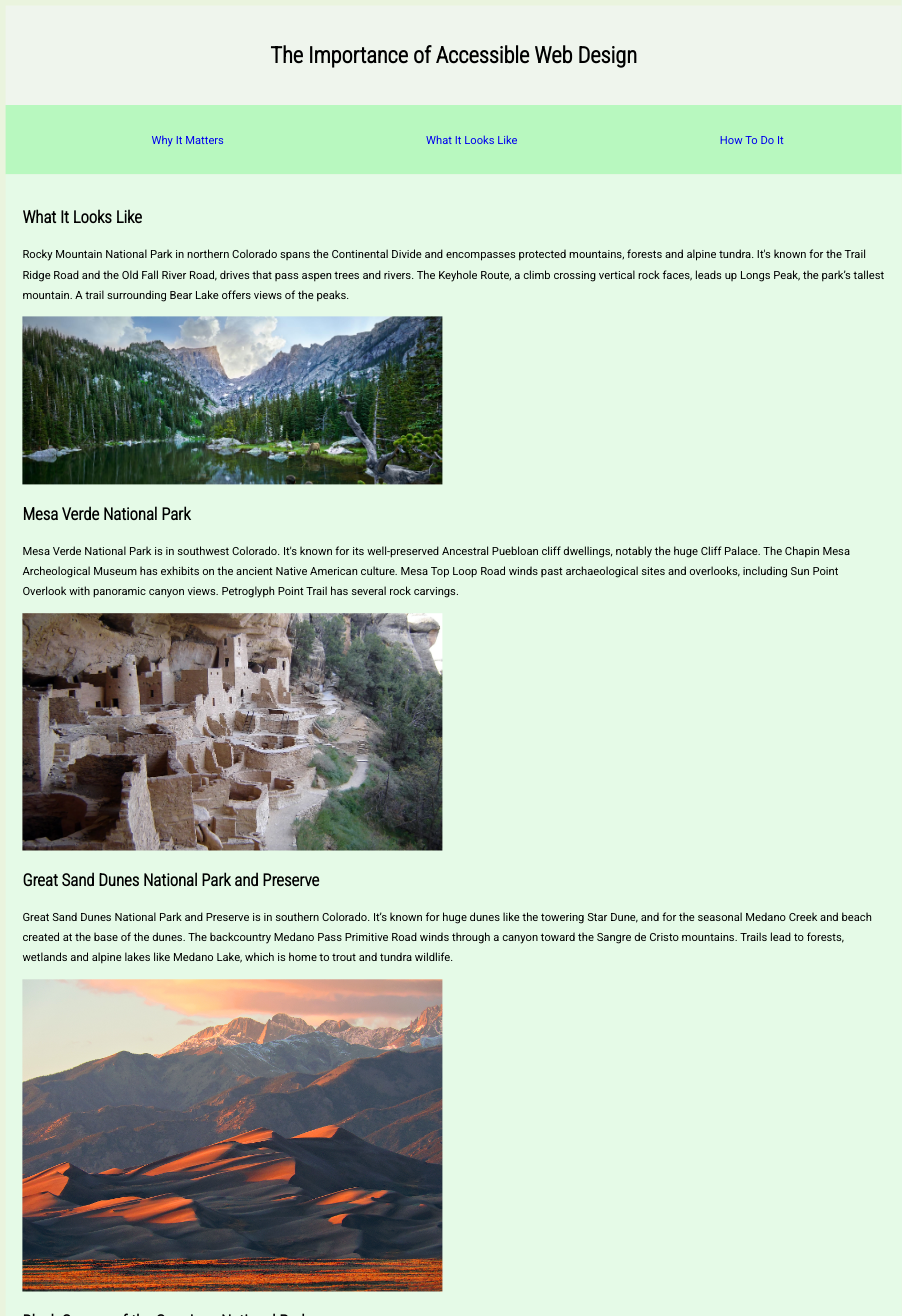
Repository: ethan-schrauf/UniversalDesignWebsite
Page: Final-Project/what.html
The author's editor kept a copy of each file at every save. The page is drawn from the files as they stood at one save, then again after the next save.
The browser window is 1280 px wide. The page is 1288 px wide, so the pictures cover 1288 px, including what lies to the right of the window. The pictures show the part of the page from y = 0 to 1880 px (the page is 3869 px tall before and 3865 px after), at 70% of full size.

Above is the page before, as saved 2023-11-24 17:24:35.

After the next save:
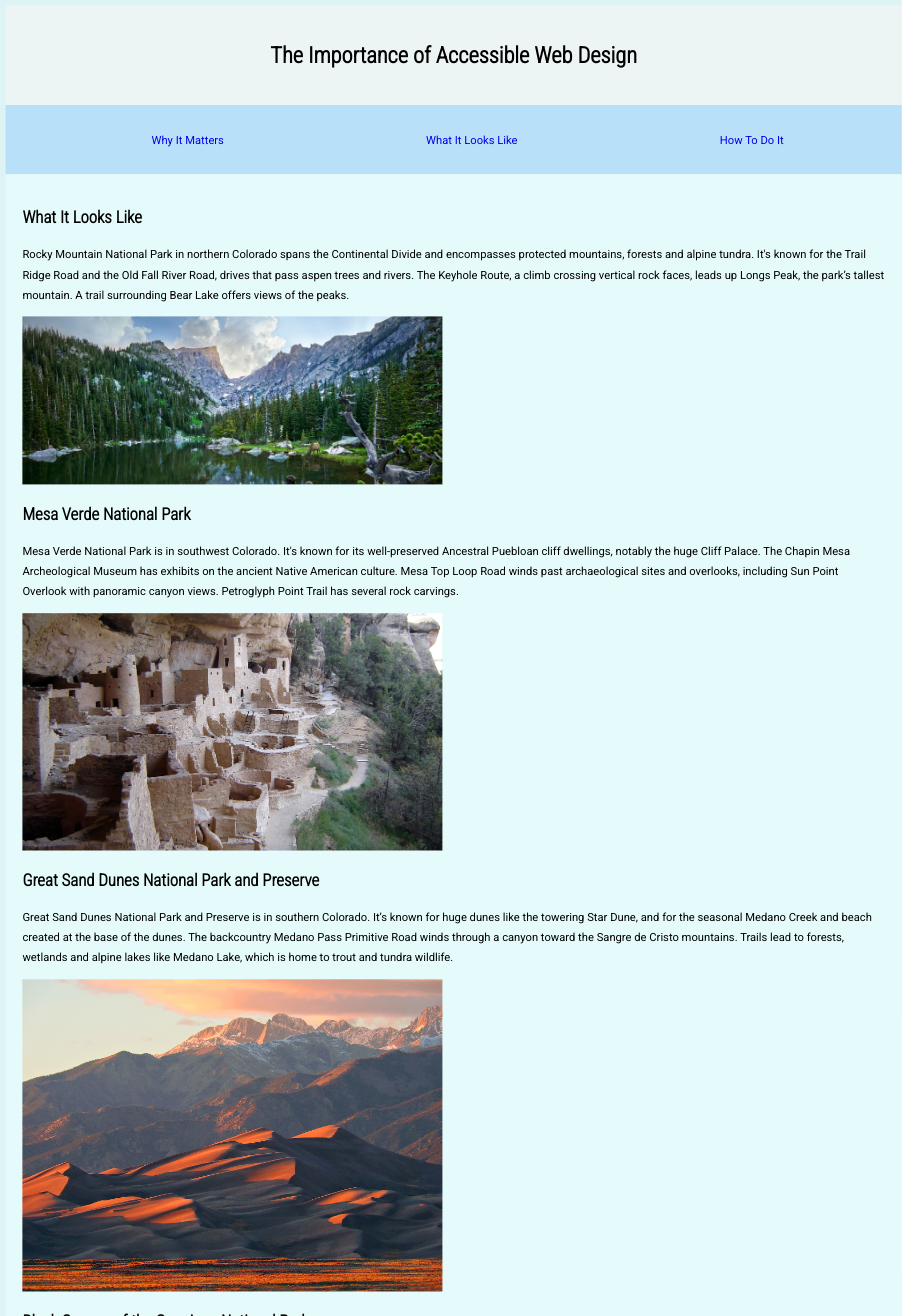
Saved 10 s later.
--- a/Final-Project/what.html
+++ b/Final-Project/what.html
@@ -7,7 +7,7 @@
   <meta name="viewport" content="width=device-width, initial-scale=1.0">
   <meta http-equiv="X-UA-Compatible" content="ie=edge">
   <title>Why Accessibility Matters</title>
-  <link href="why.css" rel="stylesheet">
+  <link href="how.css" rel="stylesheet">
 </head>
 <body>
 <div class="container">
